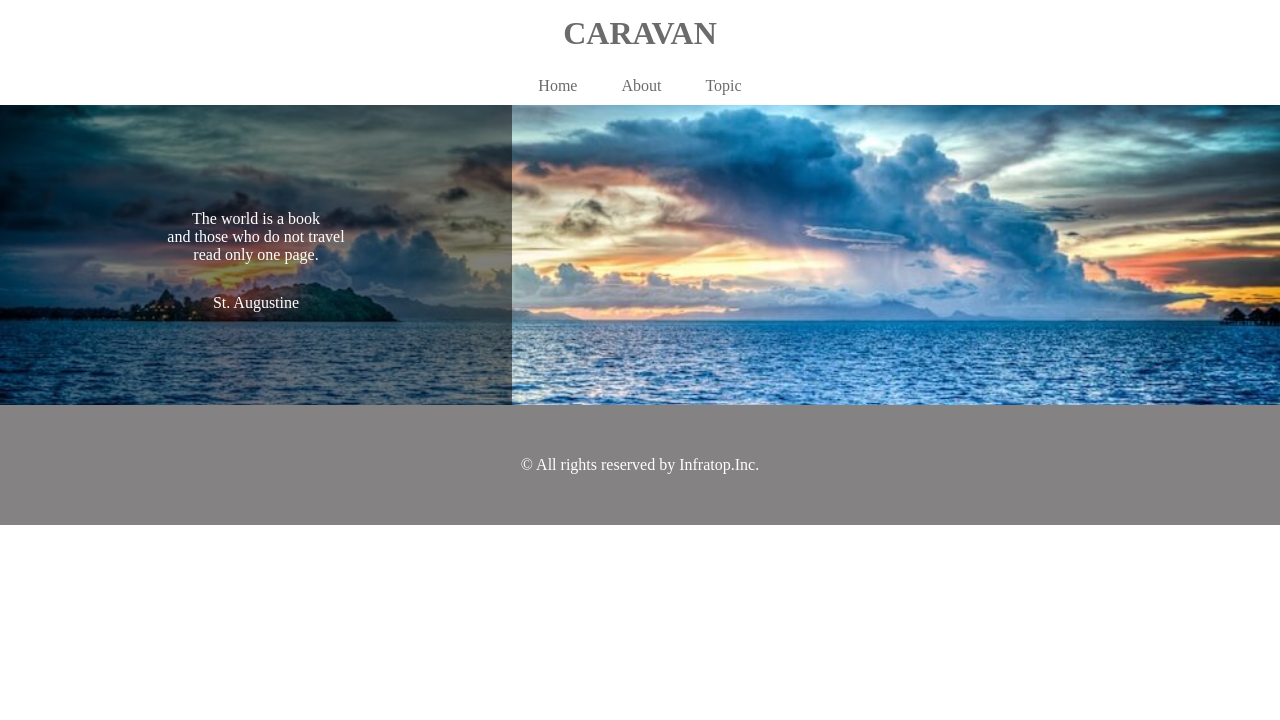
Repository: ayakodesu/html-practice
Page: caravan/index.html
The author's editor kept a record of every edit. The page is drawn from the files as they stood at one moment, then again after the next edit.
The browser window is 1280 px wide. The pictures show the whole page.

Above is the page before.

After the next edit:
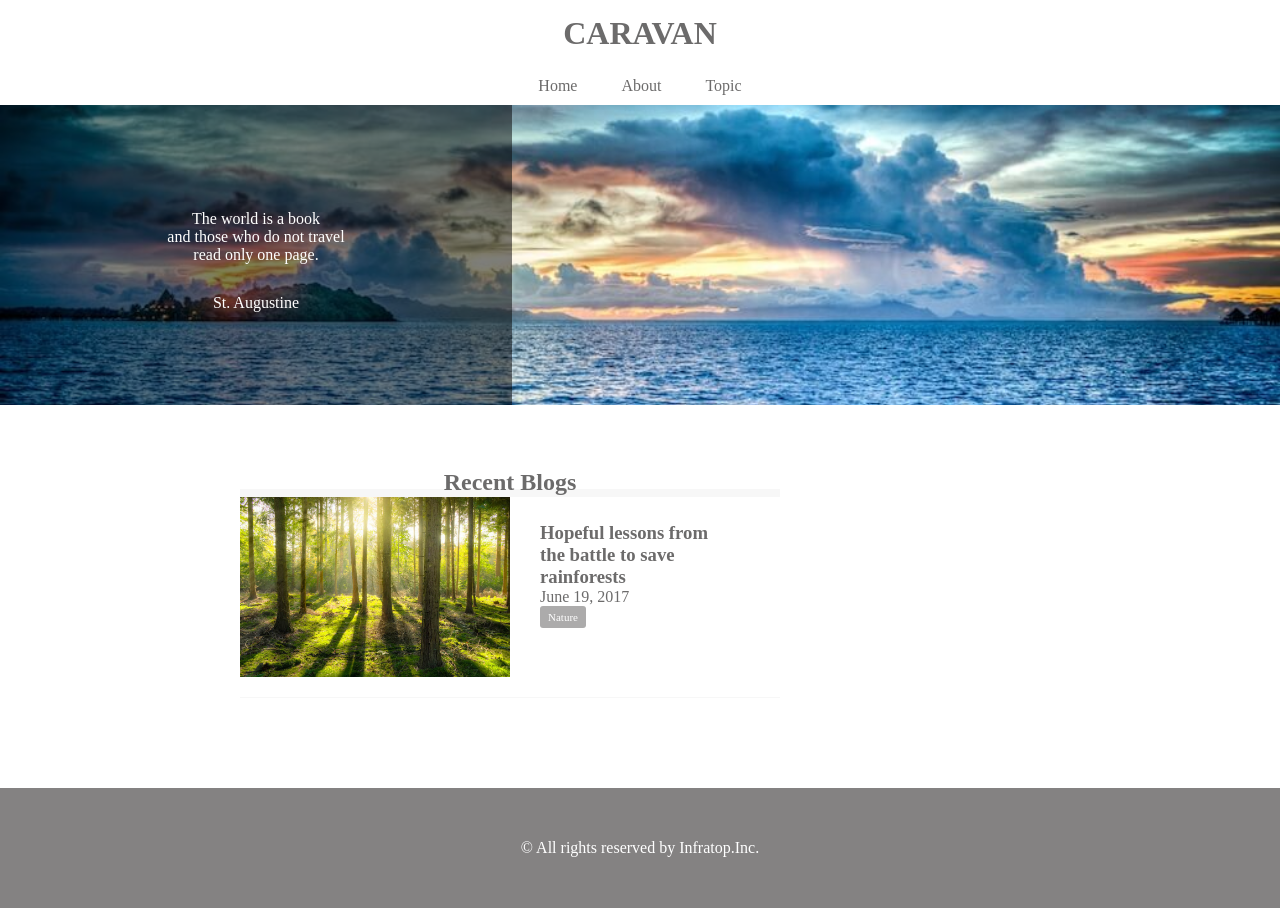
The edit:
--- a/caravan/index.html
+++ b/caravan/index.html
@@ -41,8 +41,28 @@
         </div>
     </div>
 
-    <div class="main">
-      <div class="blog"></div>
+<main>
+  <section class="blog">
+    <h2 class="blog-heading">Recent Blogs</h2>
+  <div class="blog-item">
+          <img class="blog-image" src="img/forest.jpg">
+          <section class="blog-text">
+            <h3>
+              <a href="single.html">
+                Hopeful lessons from<br>
+                the battle to save<br>
+                rainforests
+              </a>
+            </h3>
+            <p class="blog-date"></p>June 19, 2017</p>
+            <span class="category">Nature</span>
+          </section>
+        </div>
+
+  </section>
+  <div class="sidebar"></div>
+</main>
+
       <div class="sidebar"></div>
     </div>
 
